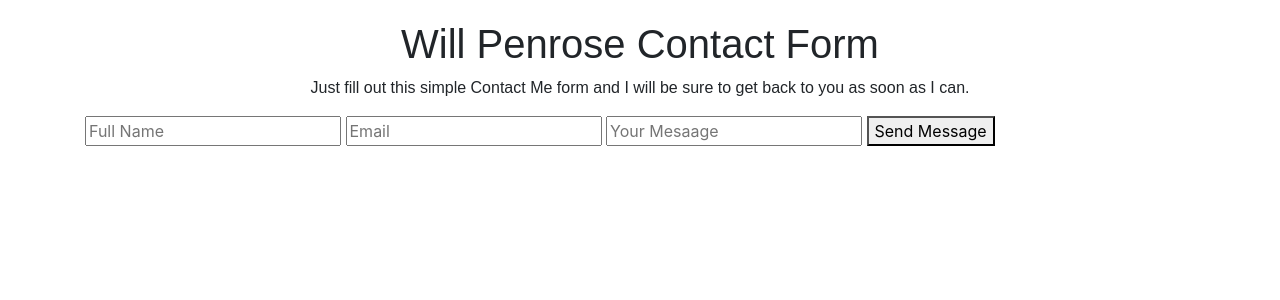
Repository: Code-Institute-Submissions/user-centric-frontend-dev-milestone-project
Page: contact.html
The author's editor kept a record of every edit. The page is drawn from the files as they stood at one moment, then again after the next edit.
The browser window is 1280 px wide. The pictures show the whole page.
Some web fonts or font styles are not loaded; a fallback is used.

Above is the page before.

### contact.html
<!DOCTYPE html>
<html lang="en">
<head>
    <meta charset="UTF-8">
    <meta name="viewport" content="width=device-width, initial-scale=1.0">
    <meta http-equiv="X-UA-Compatible" content="ie=edge">
    <link rel="stylesheet" href="style.css" type="text/css" />
    <link rel="stylesheet" href="https://stackpath.bootstrapcdn.com/bootstrap/4.3.1/css/bootstrap.min.css" type="text/css" />
    <title>Will Penrose Contact Form</title>
</head>
<body>
    <div class="container">
        <div class="row">
            <div class="col-lg-12 contact-title">
                <h1>Will Penrose Contact Form</h1>
                <p>
                    Just fill out this simple Contact Me form and I will be sure to get back to you as soon as I can.
                </p>
            </div>
        </div>
    </div>
    <div class="container contact-form">
        <div class="row">
            <div class="col-12">
                <form>
                    <input type="text" name="Name" placeholder="Full Name"/>
                    <input type="text" name="Email" placeholder="Email"/>
                    <input type="textarea" name="Mesaage" placeholder="Your Mesaage"/>
                    <button name="Send" type="submit">Send Message</button>
                </form>
            </div>
        </div>
    </div>
</body>
</html>

### assets/css/style.css
@import url('https://fonts.googleapis.com/css?family=Odibee+Sans&display=swap:100,200,300,400,500,600,700|PT Sans Narrow:100,200,300,400,500,600,700');

/*---------------------------Navbar*/

.navbar {
    font-family: "Odibee Sans", sans-serif;
    font-size: 20px;
    letter-spacing: 1px;
    font-weight: 600;
}

/*---------------------------General*/

.inline-block {
    display: inline-block;
}

/*---------------------------Home Page Heading*/

.heading {
    text-align: center;
    margin: 0;
    padding-top: 100px;
}

img {
    width: 100%;
    height: 100%;
}

.jumbotron .name {
    font-family: "Odibee Sans", sans-serif;
    font-weight: 500;
    font-size: 60px
}

.jumbotron .title {
    font-family: "PT Sans Narrow", sans-serif;
    font-weight: 300;
    font-size: 40px
}

/*----------------------Home Page Text*/

.paragraph-heading {
    font-family: "Odibee Sans", sans-serif;
    font-size: 50px;
    text-align: center;
    text-decoration: underline;

}

.home-paragraphs {
    font-family: "PT Sans Narrow", sans-serif;
    font-size: 30px;
    width: 100%;
}

/*----------------------Media Quires*/

@media (max-width: 992px) {
    .home-paragraphs {
        padding-top: 20px;
    }
}

/*----------------------Contact Form*/


.contact-title {
    font-family: "Odibee Sans", sans-serif;
    padding-top: 20px;
    text-align: center;
}

/*----------------------Footer and Socials*/

footer {
    background-color: #343a40;
    color: rgba(255, 255, 255, 0.5);
    margin-top: 10px
}

.footer-paragraph {
    font-family: "PT Sans Narrow", sans-serif;
    text-align: center;
    font-size: 20px;
    font-weight: 400;
}

.footer-section {
    padding-top: 30px;
    text-align: center;
    font-family: "Odibee Sans", sans-serif;
    letter-spacing: 1px;
    font-size: 20px;
    font-weight: 600;
}

/*----------------------Footer Icons*/

.social-links li a i {
    width: 64px;
    height: 64px;
    color: #fff;
    padding: 30px;
}


p a i {
    width: 64px;
    height: 64px;
    color: #fff;
    padding-top: 20px;
}


/*----------------------Story Page*/

.story {
    margin: 0;
    padding-top: 100px;
}

.story-heading {
    font-family: "Odibee Sans", sans-serif;
    font-size: 50px;
    text-align: center;
}

.story-paragraphs {
    font-family: "PT Sans Narrow", sans-serif;
    font-size: 30px;
    display: inline-block;
}


/*----------------------Story Subheadings*/

.birth-subheading {
    font-family: "Odibee Sans", sans-serif;
    font-size: 40px;
    text-align: left;
    text-decoration: underline;
    padding-bottom: 10px
}

.years-subheading {
    font-family: "Odibee Sans", sans-serif;
    font-size: 40px;
    text-align: left;
    text-decoration: underline;
    padding-bottom: 10px
}

.leading-subheading {
    font-family: "Odibee Sans", sans-serif;
    font-size: 40px;
    text-align: left;
    text-decoration: underline;
    padding-bottom: 10px
}

.teen-subheading {
    font-family: "Odibee Sans", sans-serif;
    font-size: 40px;
    text-align: left;
    text-decoration: underline;
    padding-bottom: 10px
}

.present-subheading {
    font-family: "Odibee Sans", sans-serif;
    font-size: 40px;
    text-align: left;
    text-decoration: underline;
    padding-bottom: 10px
}


/*----------------------Gallery Page*/

.gallery {
    margin: 0;
    padding-top: 100px;
}

.gallery-heading {
    font-family: "Odibee Sans", sans-serif;
    font-size: 50px;
    text-align: center;
}

/*----------------------Gallery Images*/

.toprow {
    border-style: solid;
    border-width: 5px;
    border-color: #000;
    max-width: 100%;
    height: auto;
    padding-right: 10px;
    padding-left: 10px;
}

.image_group {
    font-family: "PT Sans Narrow", sans-serif;
    font-size: 25px;
    font-weight: 700;
    padding: 30px;
    text-align: center;
    text-decoration: underline;
}

.second-row {
    border-style: solid;
    border-width: 5px;
    border-color: #000;
    max-width: 100%;
    height: auto;
    padding-right: 10px;
    padding-left: 10px;
}

.third-row {
    border-style: solid;
    border-width: 5px;
    border-color: #000;
    max-width: 100%;
    height: auto;
    padding-right: 10px;
    padding-left: 10px;
}

After the next edit:
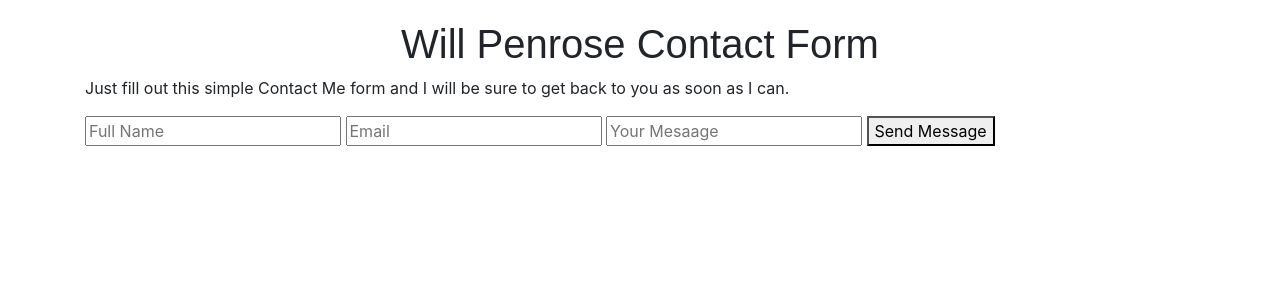
The edit:
--- a/contact.html
+++ b/contact.html
@@ -11,9 +11,9 @@
 <body>
     <div class="container">
         <div class="row">
-            <div class="col-lg-12 contact-title">
-                <h1>Will Penrose Contact Form</h1>
-                <p>
+            <div class="col">
+                <h1 class="contact-title">Will Penrose Contact Form</h1>
+                <p class="contact-paragraph">
                     Just fill out this simple Contact Me form and I will be sure to get back to you as soon as I can.
                 </p>
             </div>
